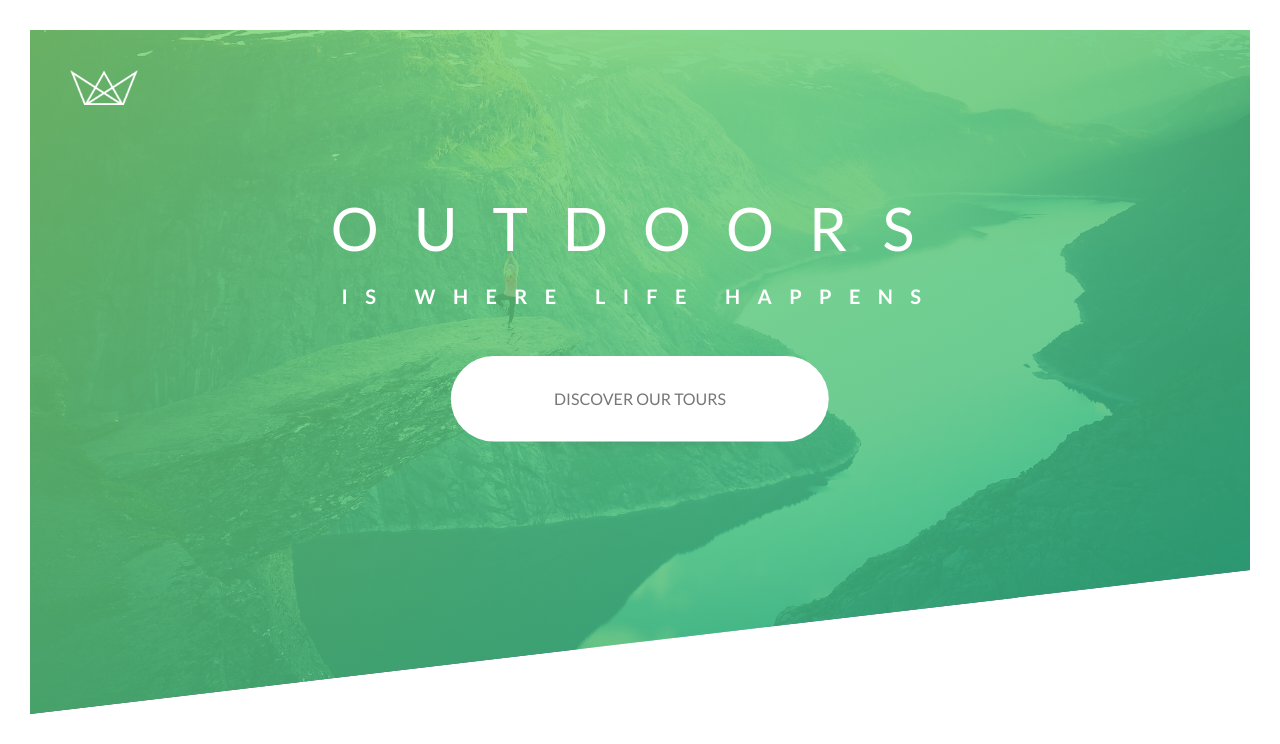
Repository: MalgorzataMazur/Natours
Page: index.html
The author's editor kept a copy of each file at every save. The page is drawn from the files as they stood at one save, then again after the next save.
The browser window is 1280 px wide. The pictures show the whole page.
The pointer rests on the first visible `.btn`.

Above is the page before, as saved 2020-01-13 00:48:44.

### index.html
<!DOCTYPE html>
<html lang="en">
<head>
    <meta charset="UTF-8">
    <meta name="viewport" content="width=device-width, initial-scale=1.0">
    <meta http-equiv="X-UA-Compatible" content="ie=edge">

    <link href="https://fonts.googleapis.com/css?family=Lato:100,300,400,700,900" rel="stylesheet">


    <link rel="stylesheet" href="css/style.css">
    <link rel="shortcut icon" type="image/png" href="img/favicon.png">

    <title>Natours | Exciting tours for adventurous people</title>
</head>
<body>
    <header class="header">  <!-- green field -->
        <div class="logo-box">
            <img src="img/logo-white.png" alt="Logo" class="logo">
        </div>

        <div class="text-box">
            <h1 class="heading-primary">
                <span class="heading-primary-main">Outdoors</span>
                <span class="heading-primary-sub">is where life happens</span>
            </h1>
            <a href="#" class="btn btn-white">Discover our tours</a>
        </div>

    </header>
</body>
</html>

### css/style.css
/*
COLORS:

Light green: #7ed56f
Medium green: #55c57a
Dark green: #28b485

*/

/* universal selector */    /* that is BASIC RESET! */
* {
    margin: 0;
    padding: 0;
    box-sizing: border-box;
}

body {
    font-family: "Lato", sans-serif;          /* FONT HERE IN BODY BECASUE IS USUALLY IHERITATED */
    font-weight: 400;
    font-size: 16px;
    line-height: 1.7;                       /* 1.7 x higher than earlier defined height of line */
    color: #777;
    padding: 30px;                          /* around all website white strap */
}

.header {
    height: 95vh;                          /* a#7ed56f, t the boottom left white strap 5% */
    background-image: linear-gradient(
        to right bottom,                     /* define gradient here linear, from wich side sholuld starts here in line gradienfrom the left top to the right, colours */
        rgba(126, 213, 111, 0.8),
        rgba(40, 180, 131, 0.8)),
        url(../img/hero.jpg);
    background-size: cover;
    background-position: top;
    position: relative;

    clip-path: polygon(0 0, 100% 0, 100% 75vh, 0 100%);  /* do wedge (kiln, wcięcie) just to clip from one side, w do polygon (wilokat) we move every single corner move clockwise x & y)  */

}

.logo-box {
    position: absolute;                    /* in the left corner */
    top: 40px;
    left: 40px;
}

.logo {
    height: 35px;;
}

.text-box {
    position: absolute;
    top: 40%;                          /* top&left they're in relation to the parent element  */
    left: 50%;
    transform: translate(-50%, -50%);         /*translation  is in relation to the elemnet itself; header promary I mean an element to be centered we have to shifted 50% of height and width of element not parent */
    text-align: center;                /* button at the center */
}

.heading-primary {
    color: #ffffff;
    text-transform: uppercase;

    backface-visibility: hidden;
    margin-bottom: 60px;                 /* a little bit like to the top, shaky and it is to fix it  */
}

.heading-primary-main {
    display: block;
    font-size: 60px;
    font-weight: 400;
    letter-spacing: 35px;

    animation-name: moveInLeft;               /*  for animation to woerk there're two only properties to specify aniamtion name and the anim ation duration */
    animation-duration: 1s;
    animation-timing-function: ease-out;       /* define how animation will proceed slow/fast; ease-out the anim will start faster and then will become slower by the end */


    /*animation-delay: 3s;*/              /* set a delay we can in animation */
    /*animation-iteration-count: 3; */          /* how many times animation should happens */

}

.heading-primary-sub {
    display: block;
    font-size: 20px;
    font-weight: 700;
    letter-spacing: 17.4px;
    animation: moveInRight 1s ease-out;

}

@keyframes moveInLeft {            /* ANIMATION we started from @keyframes and name of animation;NOW I can specify whnt I want to happen in each moment of time of the animation  */
    0% {                          /* initial state */
       opacity: 0;                         /* first we wanted to be visible so opacity 0 and in the end opacity 1; opacity is one of properties that we animated here and transform property second */
       transform: translateX(-100px);        /* the element comes in from the left side */
    }                                          /* rotate(180deg) */

    80% {
        transform: translateX(10px);        /* to the right side goes */
    }

    100% {                        /* final state */
        opacity: 1;                         /* first we wanted to be visible so opacity 0 and in the end opacity 1 */
        transform: translate(0);     /* it's gonna look exactly right now */
    }
}


@keyframes moveInRight {
       0% {
        opacity: 0;
        transform: translateX(100px);      /* moves to the right */
    }

    80% {
        transform: translateX(-10px);
    }

    100% {
        opacity: 1;
        transform: translate(0);
    }
}

.btn:link,
.btn:visited {
    text-transform: uppercase;
    text-decoration: none;
    padding: 15px 40px;
    display: inline-block;              /* if specufypadding, width, height of elemet thay sholud be display as a inline-block */
    border-radius: 100px;
    transition: all .2s;
    position: relative;
}

.btn:hover {
    transform: translateY(-3px);                       /* element moves up */
    box-shadow: 0 10px 20px rgba(0, 0, 0,.2);                       /* move x, y, blur, color */
}

.btn:active {
    transform: translateY(-1px);
    box-shadow: 0 5px 10px rgba(0, 0, 0,.2)
}
.btn-white {
    background-color: #fff;
    color: #777;
}
.btn::after {                           /* pseudoelement is like a child of btn */
    content: "";
    display: inline-block;
    height: 100%;
    width: 100%;
    border-radius: 100px;
    position: absolute;               /* behind actual btn we  use position abs */
    top: 0;
    left: 0;
    z-index: -1;
    transition: all .4s;;

}

.btn-white::after {
    background-color: #fff;
}

.btn:hover::after {
    transform: scale(1.5);
}

After the next save:
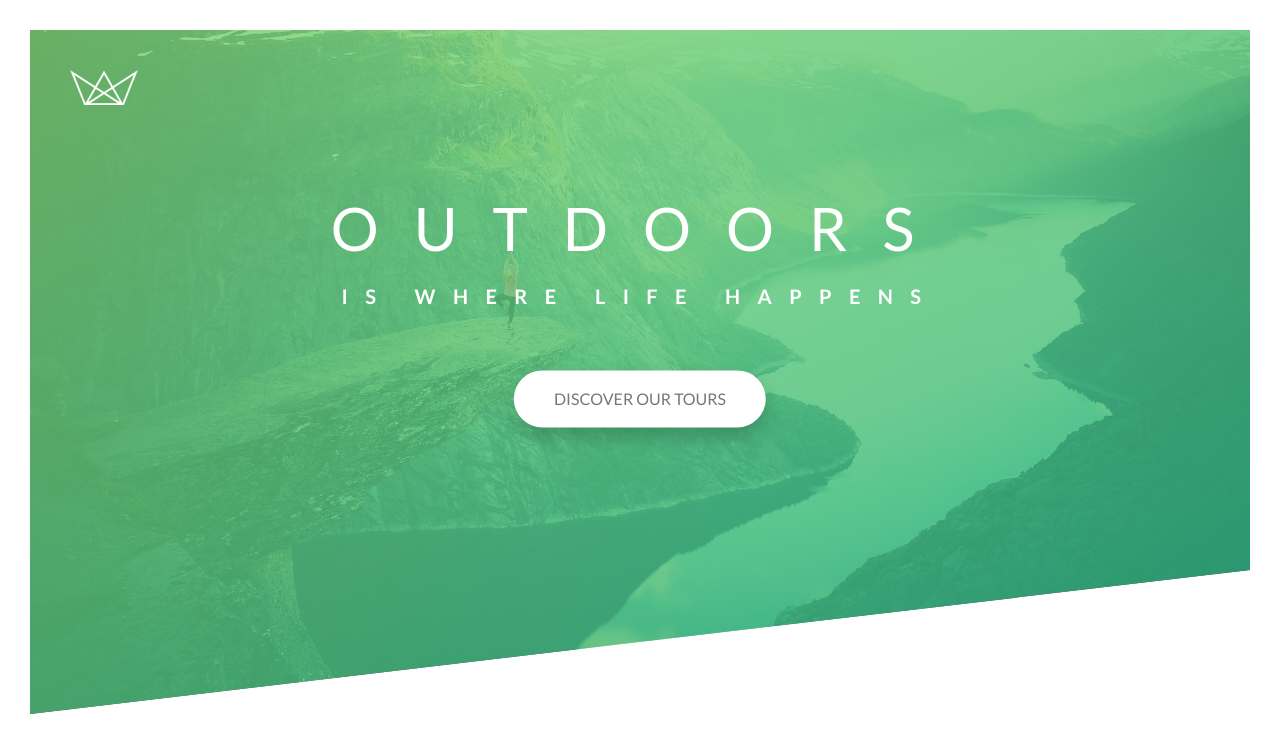
Saved 11 s later.
--- a/css/style.css
+++ b/css/style.css
@@ -166,4 +166,5 @@ body {
 
 .btn:hover::after {
     transform: scale(1.5);
+    opacity: 0;
 }
